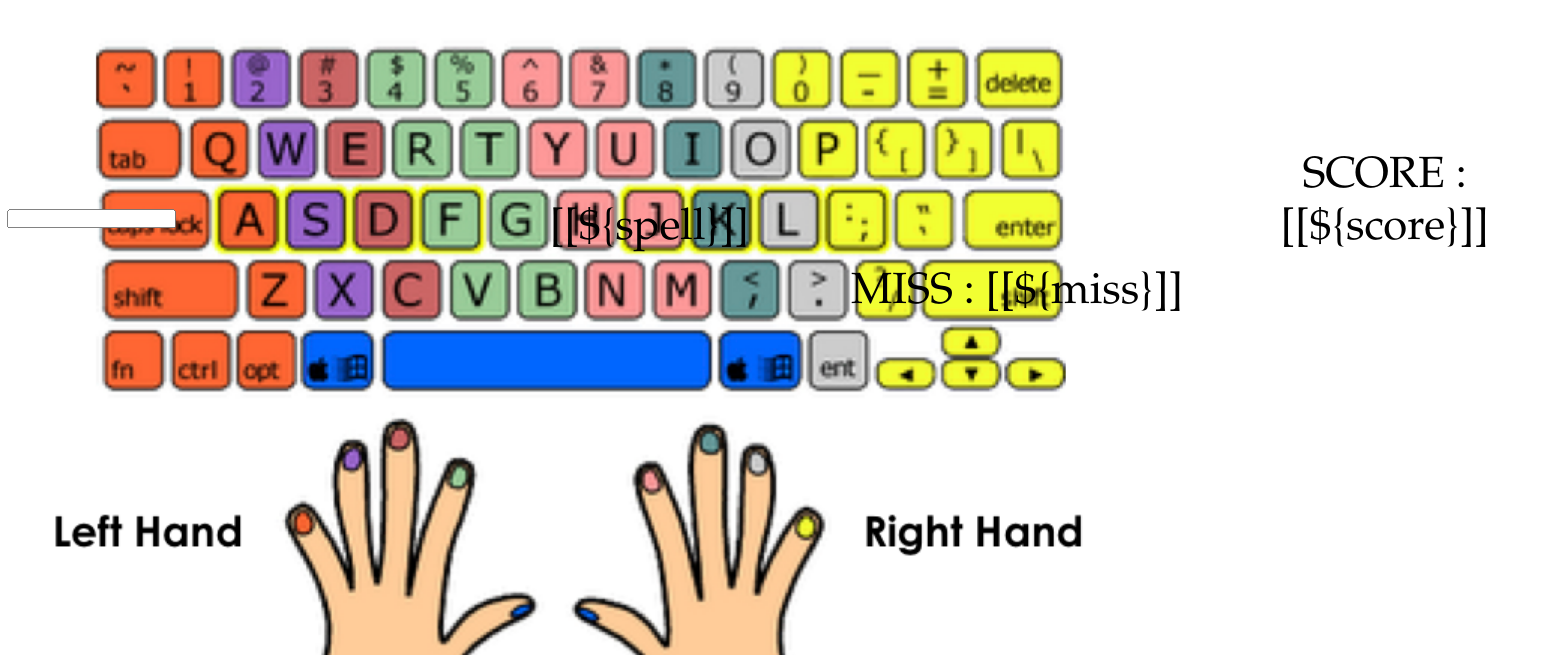
Repository: thaddeas01/typingskill
Page: src/main/resources/templates/single.html
The author's editor kept a copy of each file at every save. The page is drawn from the files as they stood at one save, then again after the next save.
The browser window is 1280 px wide. The page is 1722 px wide, so the pictures cover 1722 px, including what lies to the right of the window. The pictures show the whole page, at 91% of full size.

Above is the page before, as saved 2023-01-14 00:34:54.
Console error: SyntaxError: Unexpected token '{'

### src/main/resources/templates/single.html
<head>
  <title>Game Application by Pentagon</title>
</head>

<body>
  <div id="app"></div>

  <p class="word1"> [[${spell}]]</p>
  <p class="word2"> MISS : [[${miss}]]</p>
  <p class="word3"> SCORE : [[${score}]]</p>
  <form th:action="@{/hantei(prob=${spell},miss=${miss},score=${score})}" method="post">
    <input type="text" name="answer" id="firstinput">
  </form>
</body>

<style>
  body {
      background-image: url('gamebacks.png');
      background-repeat: no-repeat;
      background-size: cover;
    }

    .word1{
      font-size: 3em;
      width: 400px;
      height: 100px;
      font-family: "garamond", serif;
      position: relative;
      text-align: center;
      top: 20%;
      left: 40%;
      display: inline-block;
      margin-top: 1rem;
    }
    .word2{
      font-size: 3em;
      width: 400px;
      height: 100px;
      font-family: "garamond", serif;
      position: relative;
      text-align: center;
      top: 30%;
      left: 40%;
      display: inline-block;
      margin-top: 1rem;
    }
    .word3{
      font-size: 3em;
      width: 400px;
      height: 100px;
      font-family: "garamond", serif;
      position: relative;
      text-align: center;
      top: 20%;
      left: 40%;
      display: inline-block;
      margin-top: 1rem;
    }
  .base-timer {
    position: relative;
    width: 150px;
    height: 150px;
  }

  .base-timer__svg {
    transform: scaleX(-1);
  }

  .base-timer__circle {
    fill: none;
    stroke: none;
  }

  .base-timer__path-elapsed {
    stroke-width: 7px;
    stroke: grey;
  }

  .base-timer__path-remaining {
    stroke-width: 7px;
    stroke-linecap: round;
    transform: rotate(90deg);
    transform-origin: center;
    transition: 1s linear all;
    fill-rule: nonzero;
    stroke: currentColor;
  }

  .base-timer__path-remaining.green {
    color: rgb(65, 184, 131);
  }

  .base-timer__path-remaining.orange {
    color: orange;
  }

  .base-timer__path-remaining.red {
    color: red;
  }

  .base-timer__label {
    position: relative;
    top: -110px;
    width: 150px;
    height: 150px;
    display: flex;
    align-items: flex-start;
    justify-content: center;
    font-size: 48px;
  }
</style>
<script th:inline="javascript">
  const FULL_DASH_ARRAY = 300;
  const WARNING_THRESHOLD = 4;
  const ALERT_THRESHOLD = 2;

  const COLOR_CODES = {
    info: {
      color: "green"
    },
    warning: {
      color: "orange",
      threshold: WARNING_THRESHOLD
    },
    alert: {
      color: "red",
      threshold: ALERT_THRESHOLD
    }
  };

  const TIME_LIMIT = 7;
  let timePassed = 0;
  let timeLeft = TIME_LIMIT;
  let timerInterval = null;
  let remainingPathColor = COLOR_CODES.info.color;
  var miss = [[${ miss }]];
  var score = [[${ score }]];

  document.getElementById("app").innerHTML = `
<div class="base-timer">
  <svg class="base-timer__svg" viewBox="0 0 100 100" xmlns="http://www.w3.org/2000/svg">
    <g class="base-timer__circle">
      <circle class="base-timer__path-elapsed" cx="50" cy="50" r="45"></circle>
      <path
        id="base-timer-path-remaining"
        stroke-dasharray="283"
        class="base-timer__path-remaining ${remainingPathColor}"
        d="
          M 50, 50
          m -45, 0
          a 45,45 0 1,0 90,0
          a 45,45 0 1,0 -90,0
        "
      ></path>
    </g>
  </svg>
  <span id="base-timer-label" class="base-timer__label">${formatTime(
    timeLeft
  )}</span>
</div>
`;
  document.getElementById('firstinput').focus();
  startTimer();

  function startTimer() {
    timerInterval = setInterval(() => {
      timePassed = timePassed += 1;
      timeLeft = TIME_LIMIT - timePassed;
      document.getElementById("base-timer-label").innerHTML = formatTime(
        timeLeft
      );
      setCircleDasharray();
      setRemainingPathColor(timeLeft);

      if (timeLeft === 0) {
        clearInterval(timerInterval);
        setTimeout(function () {
          location.href = "/timeout?miss=" + miss + "&score=" + score
        }, 0);
      }
    }, 1000);
  }

  function formatTime(time) {
    const minutes = Math.floor(time / 60);
    let seconds = time % 60;

    if (seconds < 10) {
      seconds = `0${seconds}`;
    }

    return `${minutes}:${seconds}`;
  }

  function setRemainingPathColor(timeLeft) {
    const { alert, warning, info } = COLOR_CODES;
    if (timeLeft <= alert.threshold) {
      document
        .getElementById("base-timer-path-remaining")
        .classList.remove(warning.color);
      document
        .getElementById("base-timer-path-remaining")
        .classList.add(alert.color);
    } else if (timeLeft <= warning.threshold) {
      document
        .getElementById("base-timer-path-remaining")
        .classList.remove(info.color);
      document
        .getElementById("base-timer-path-remaining")
        .classList.add(warning.color);
    }
  }

  function calculateTimeFraction() {
    const rawTimeFraction = timeLeft / TIME_LIMIT;
    return rawTimeFraction - (1 / TIME_LIMIT) * (1 - rawTimeFraction);
  }

  function setCircleDasharray() {
    const circleDasharray = `${(
      calculateTimeFraction() * FULL_DASH_ARRAY
    ).toFixed(0)} 283`;
    document
      .getElementById("base-timer-path-remaining")
      .setAttribute("stroke-dasharray", circleDasharray);
  }
</script>

After the next save:
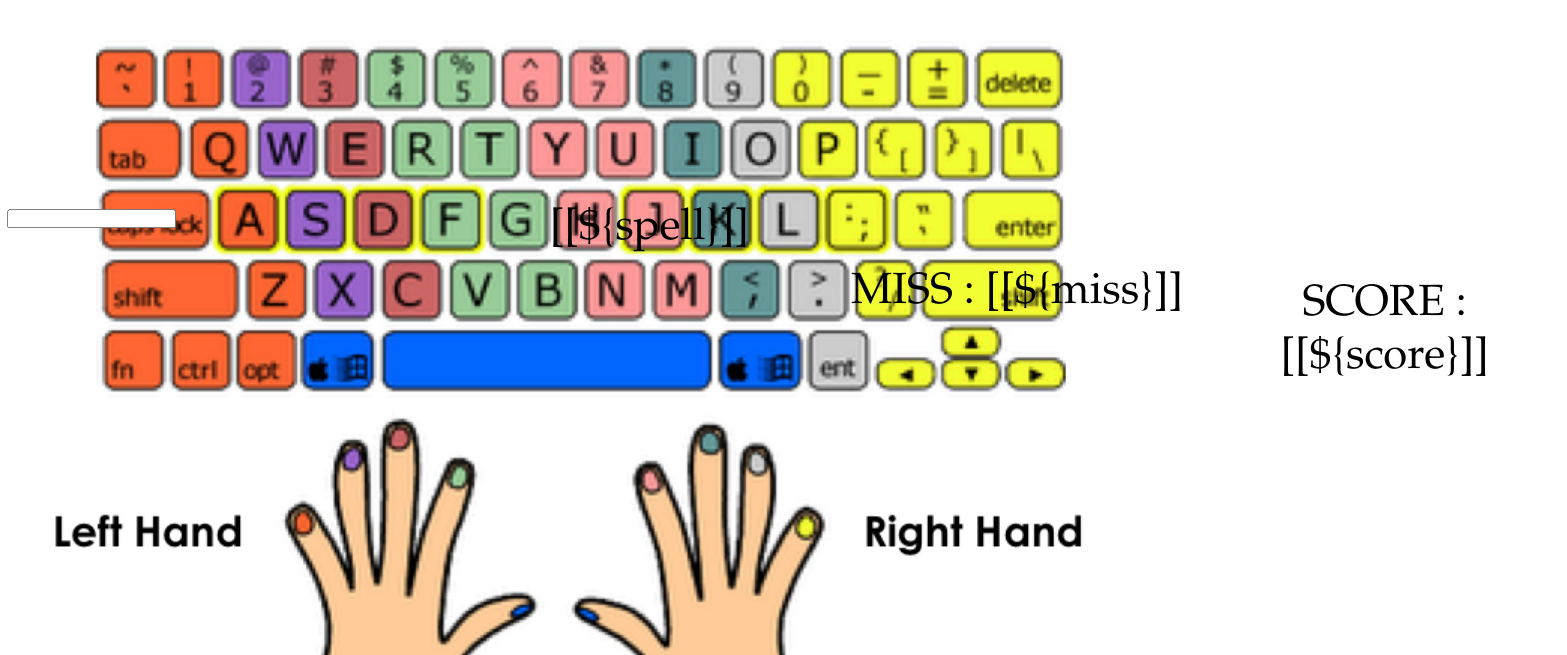
Saved 4 s later.
--- a/src/main/resources/templates/single.html
+++ b/src/main/resources/templates/single.html
@@ -51,7 +51,7 @@
       font-family: "garamond", serif;
       position: relative;
       text-align: center;
-      top: 20%;
+      top: 40%;
       left: 40%;
       display: inline-block;
       margin-top: 1rem;
